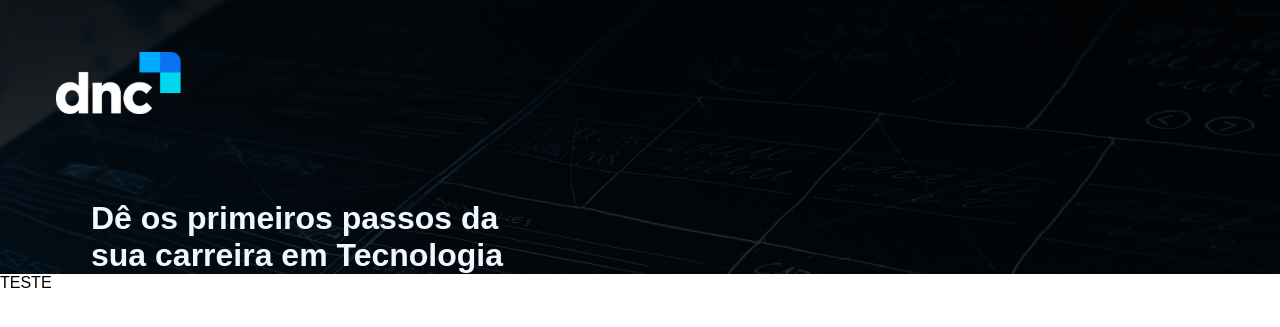
Repository: kleber-goncalves/Landing-Page-dnc
Page: src/index.html
These files come from the project's save history. The page is drawn as it stood at one moment and after the next save; the edit follows.
The browser window is 1280 px wide. The pictures show the whole page.

Above is the page before, as saved 2024-12-09 19:41:47.

### src/index.html
<!DOCTYPE html>
<html lang="pt-br">
  <head>
    <meta charset="UTF-8" />
    <meta name="viewport" content="width=device-width, initial-scale=1.0" />
    <title>Escola DNC</title>
    <link rel="stylesheet" href="../src/style.css" />
  </head>
  <body>
    <div id="cabecanho">
        <img id="logo-dnc" src="../img/logo.svg" alt="logo-dnc">
        <h1 id="titulo" >Dê os primeiros passos da <br>
            sua carreira em Tecnologia</h1>
    </div>
    <div>TESTE</div>
  </body>
</html>

### src/style.css
* {
  margin: 0px;
  font-family: Arial, Helvetica, sans-serif;
}

#cabecanho {
  display: flex;
  margin: 0%;
  height: 100%;
  background-image: url(../img/fundo.svg);
  background-size: cover;
  background-repeat: no-repeat;
  color: aliceblue;
}

#logo-dnc {
  display: flex;
  width: 125px;
  height: 62px;
  margin-left: 56px;
  margin-top: 52px;
}

#titulo {
  display: flex;
  margin-left: -90px;
  margin-top: 200px;
}

### img/logo.svg
<svg width="125" height="62" viewBox="0 0 125 62" fill="none" xmlns="http://www.w3.org/2000/svg" xmlns:xlink="http://www.w3.org/1999/xlink">
<rect width="125" height="62" fill="url(#pattern0_1227_101)"/>
<defs>
<pattern id="pattern0_1227_101" patternContentUnits="objectBoundingBox" width="1" height="1">
<use xlink:href="#image0_1227_101" transform="matrix(0.00497512 0 0 0.0100305 0 -0.00152463)"/>
</pattern>
<image id="image0_1227_101" width="201" height="100" xlink:href="data:[embedded picture, 3186 characters]"/>
</defs>
</svg>

### img/fundo.svg
<svg width="1440" height="560" viewBox="0 0 1440 560" fill="none" xmlns="http://www.w3.org/2000/svg" xmlns:xlink="http://www.w3.org/1999/xlink">
<rect width="1440" height="560" fill="url(#pattern0_1227_39)"/>
<rect width="1440" height="560" fill="url(#paint0_linear_1227_39)"/>
<defs>
<pattern id="pattern0_1227_39" patternContentUnits="objectBoundingBox" width="1" height="1">
<use xlink:href="#image0_1227_39" transform="matrix(0.0004 0 0 0.00102857 0 -0.0636538)"/>
</pattern>
<linearGradient id="paint0_linear_1227_39" x1="720" y1="0" x2="720" y2="560" gradientUnits="userSpaceOnUse">
<stop stop-opacity="0.9"/>
<stop offset="1" stop-opacity="0.7"/>
</linearGradient>
<image id="image0_1227_39" width="2500" height="1460" xlink:href="data:[embedded picture, 603023 characters]"/>
</defs>
</svg>

After the next save:
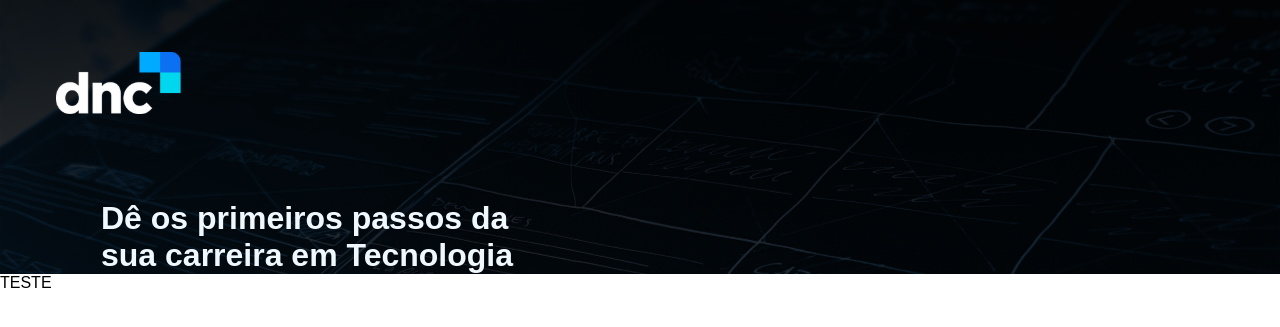
Saved 13 s later.
--- a/src/style.css
+++ b/src/style.css
@@ -23,6 +23,6 @@
 
 #titulo {
   display: flex;
-  margin-left: -90px;
+  margin-left: -80px;
   margin-top: 200px;
 }
